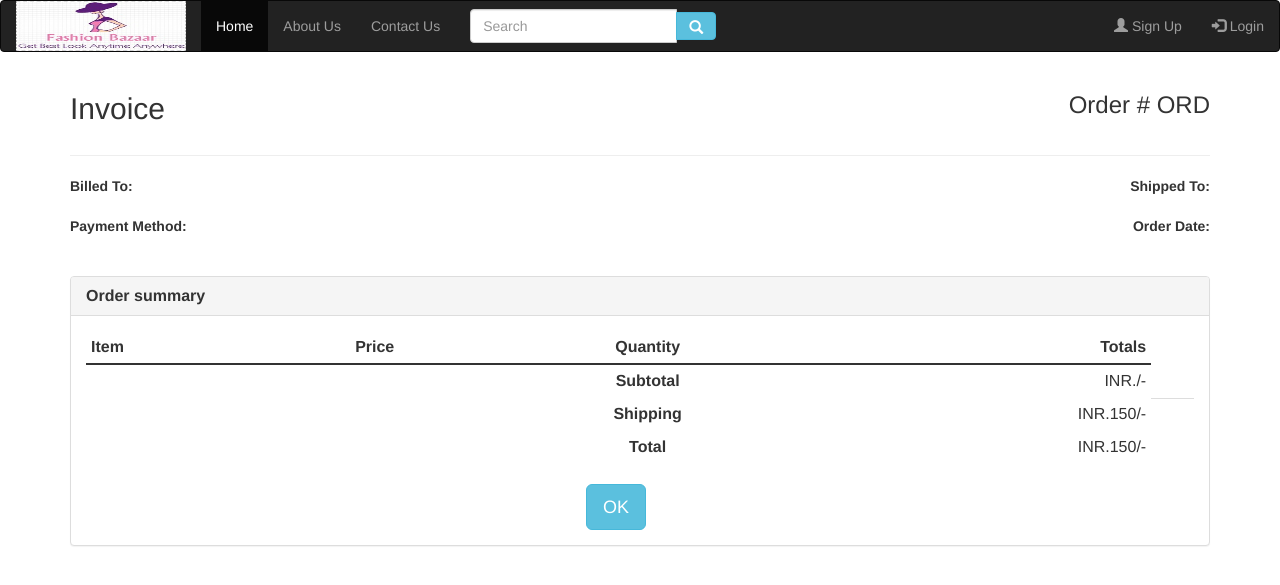
Repository: SmithaMendonca/Project-1
Page: http://localhost/FashionBazarFrontend/WEB-INF/views/Receipt.jsp
An editor plug-in stored every save of this project. The page is shown before and after the next save, followed by the edit.
The browser window is 1280 px wide. The pictures show the whole page.
The page is served by Tomcat 9. Nobody is signed in. The template is opened directly, without the code that normally fills it, so the values that code supplies are empty.

Above is the page before, as saved 2019-06-07 04:54:42.

After the next save:
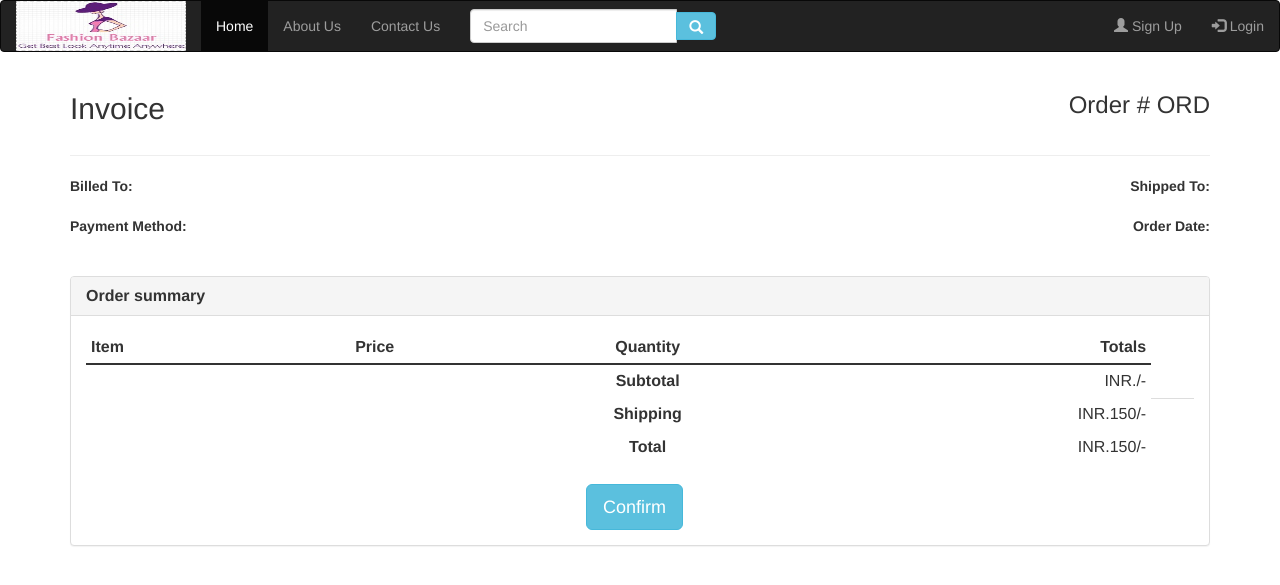
Saved 6 min 21 s later.
--- a/FashionBazarFrontend/src/main/webapp/WEB-INF/views/Receipt.jsp
+++ b/FashionBazarFrontend/src/main/webapp/WEB-INF/views/Receipt.jsp
@@ -106,7 +106,7 @@
     							</tr>
     						</tbody>
     					</table>
-    					<input style="margin-left:500px" type="submit" value="OK" class="btn btn-lg btn-info"/>
+    					<input style="margin-left:500px" type="submit" value="Confirm" class="btn btn-lg btn-info"/>
     				</div>
     			</div>
     		</div>
